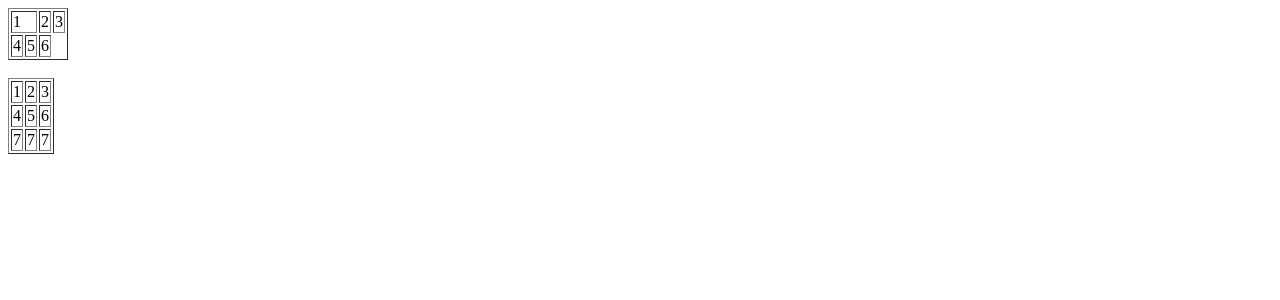
Repository: Jutta197/frontend726
Page: table.html
The author's editor kept a copy of each file at every save. The page is drawn from the files as they stood at one save, then again after the next save.
The browser window is 1280 px wide. The pictures show the whole page.

Above is the page before, as saved 2023-07-27 13:46:30.

After the next save:
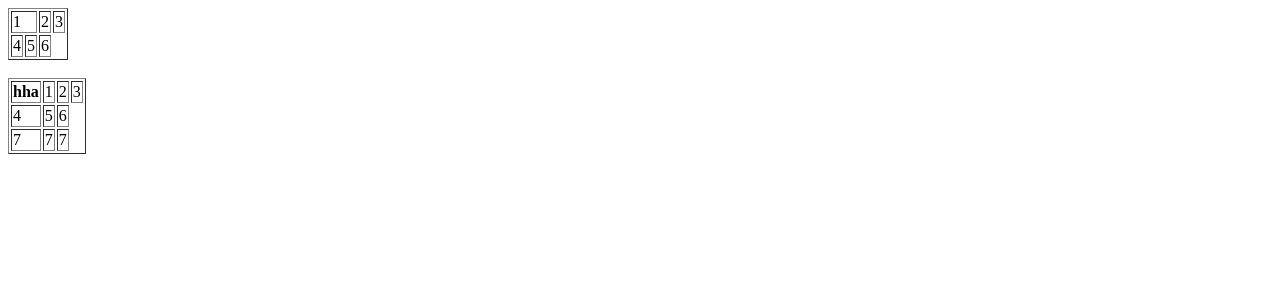
Saved 3 min 18 s later.
--- a/table.html
+++ b/table.html
@@ -24,6 +24,7 @@
     <br>
     <table border="1">
         <tr>
+            <th>hha</th>
             <td>1</td>
             <td>2</td>
             <td>3</td>
